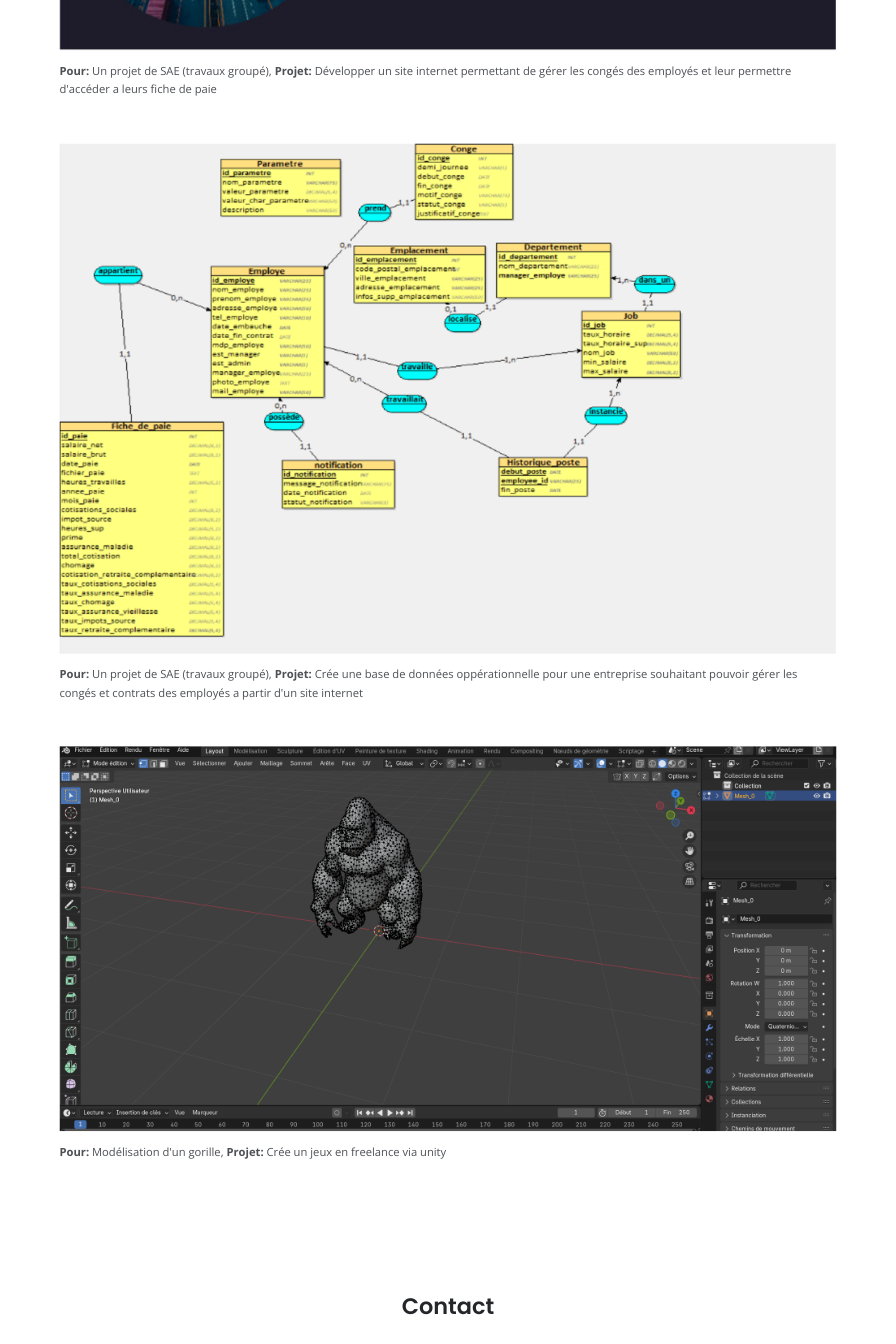
Repository: J2S80000/Portfolio
Page: index.html
An editor plug-in stored every save of this project. The page is shown before and after the next save, followed by the edit.
The browser window is 1280 px wide. The pictures show the part of the page from y = 4580 to 6500 px (the page is 8173 px tall), at 70% of full size.

Above is the page before, as saved 2025-05-12 23:03:30.

After the next save:
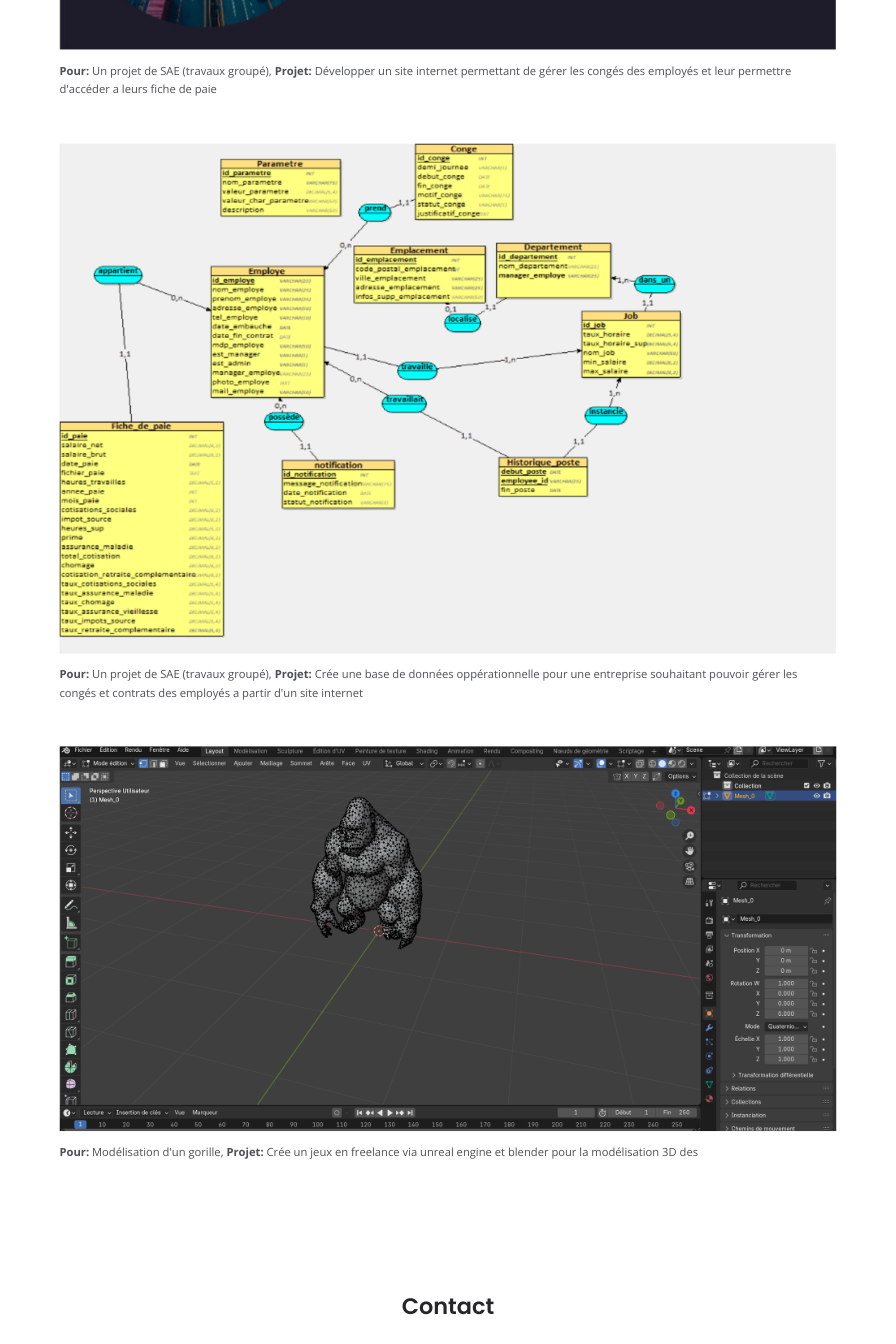
Saved 17 s later.
--- a/index.html
+++ b/index.html
@@ -250,7 +250,7 @@
                                 <img class="img-fluid" src="images/gorille.png" alt="alternative">
                             </a>
                         </div> <!-- end of image-container -->
-                        <p><strong>Pour:</strong> Modélisation d'un gorille, <strong>Projet:</strong> Crée un jeux en freelance via unity</p>
+                        <p><strong>Pour:</strong> Modélisation d'un gorille, <strong>Projet:</strong> Crée un jeux en freelance via unreal engine et blender pour la modélisation 3D des </p>
 
                 </div> <!-- end of col -->
             </div> <!-- end of row -->
